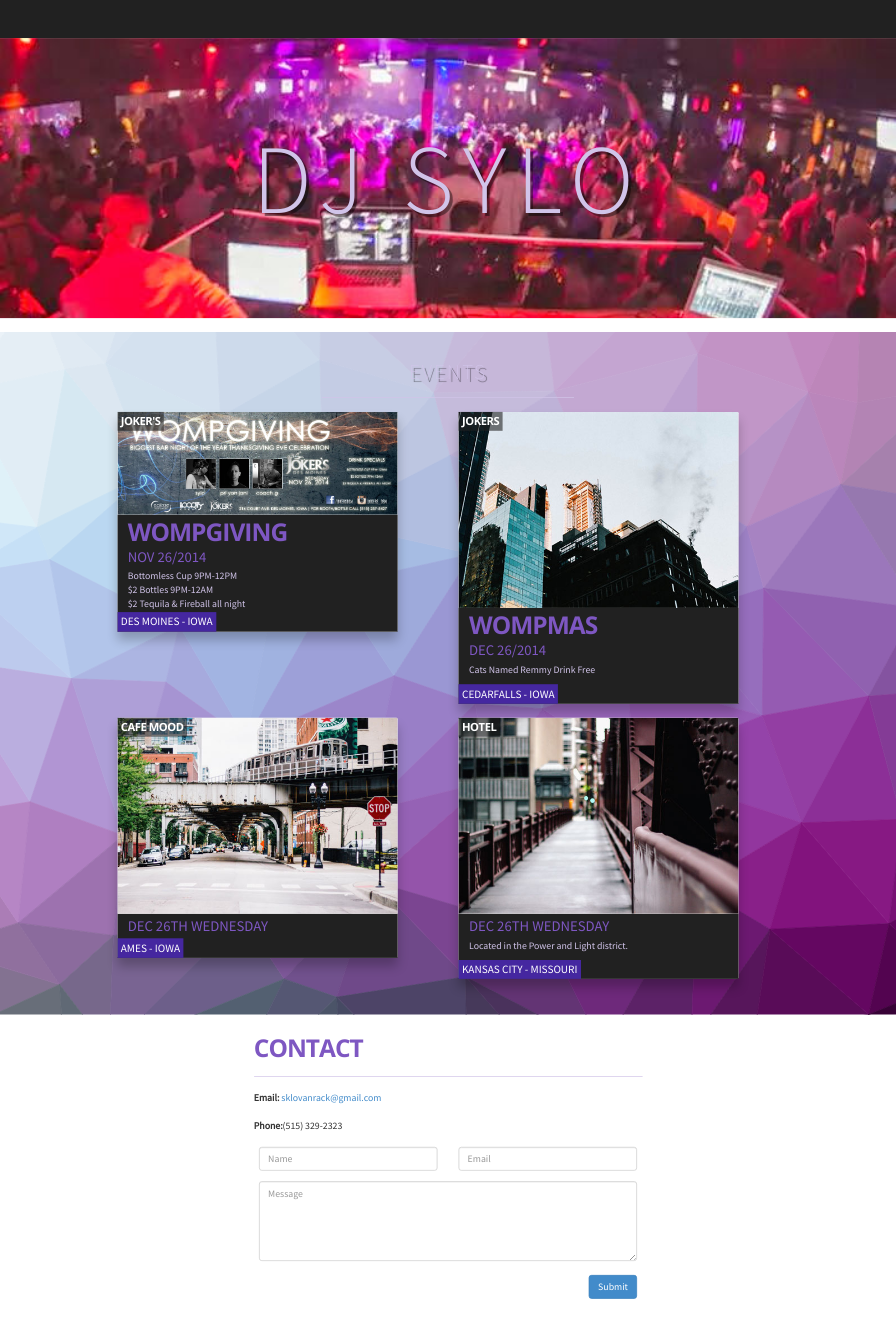
Repository: BambooXLotus/DjSylo
Page: client/index.html
The author's editor kept a record of every edit. The page is drawn from the files as they stood at one moment, then again after the next edit.
The browser window is 1280 px wide. The pictures show the part of the page from y = 1949 to 3869 px (the page is 4202 px tall), at 70% of full size.
Some icons come from a web library that is not loaded, so they are not drawn. Backgrounds fixed to the window are drawn as part of the page. Some web libraries are served in a nearby version.

Above is the page before.

After the next edit:
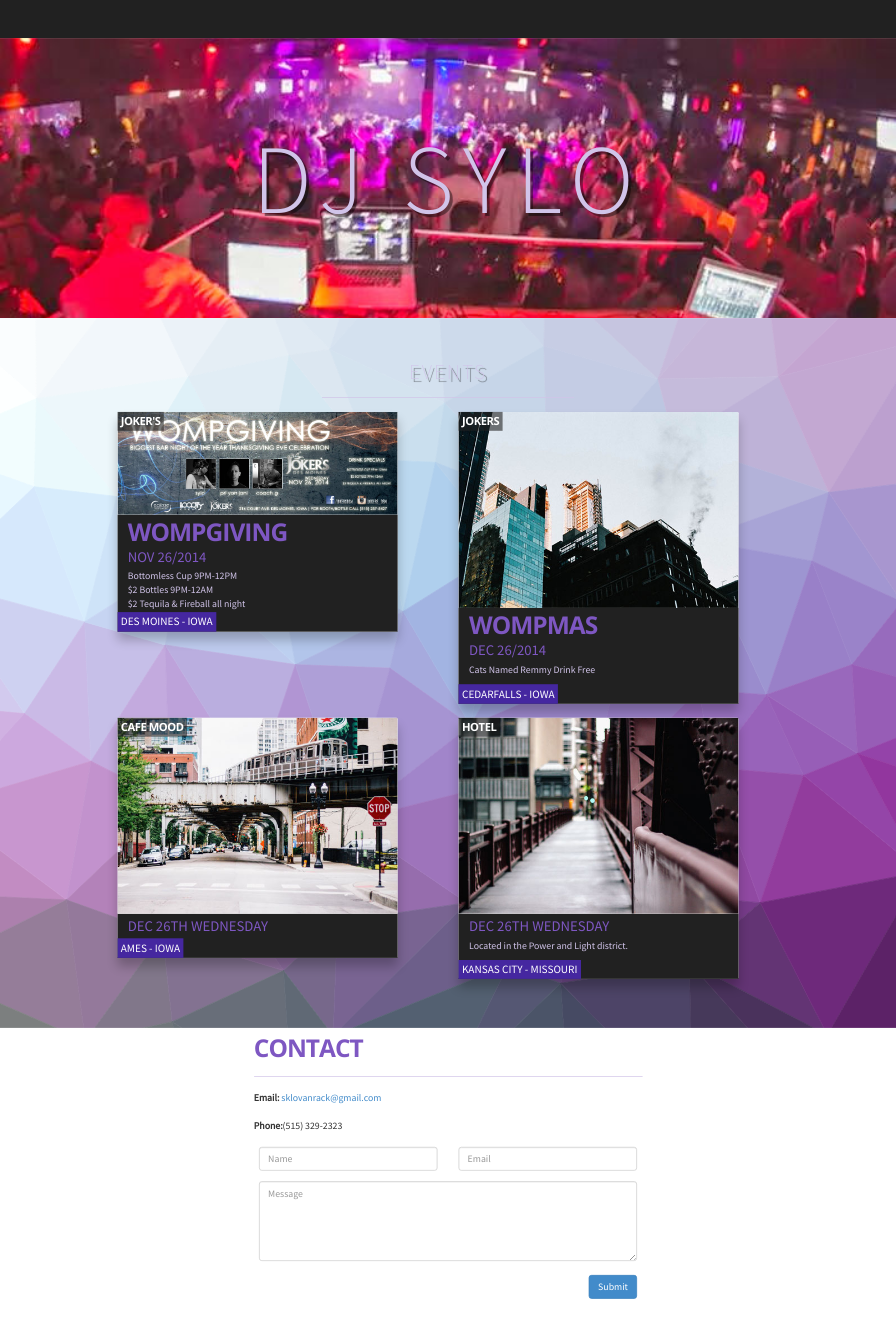
The edit:
--- a/client/css/stylish-portfolio.css
+++ b/client/css/stylish-portfolio.css
@@ -232,7 +232,7 @@
 .portfolio {
   background-size: contain;
   -webkit-background-origin:border;
-  background: url(../svg/purp-tri-bg.svg) no-repeat center center scroll;
+  background-image: url(../svg/trianglify-background.svg);
   padding: 50px 0;
 }
 .portfolio-item {
